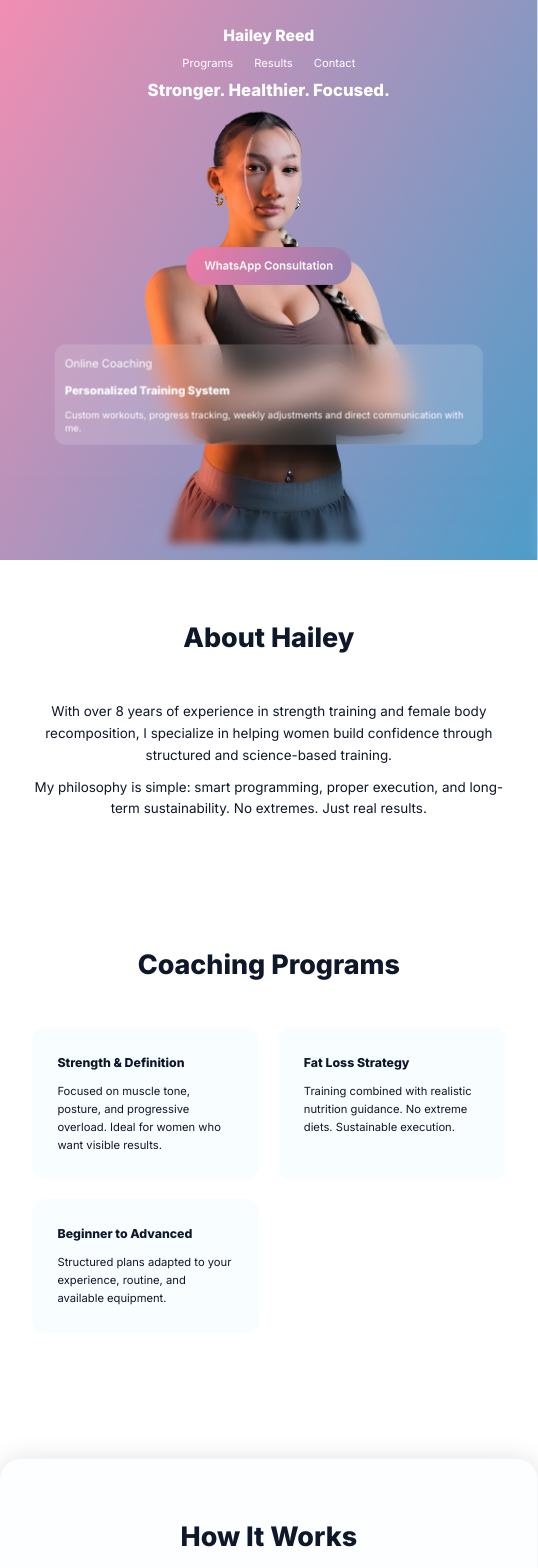
Repository: davidfsillva/Hailey-Reed-Coaching
Page: index.html
An editor plug-in stored every save of this project. The page is shown before and after a run of saves, followed by the edit.
The browser window is 768 px wide. The pictures show the part of the page from y = 0 to 2240 px (the page is 5196 px tall), at 70% of full size.

Above is the page before, as saved 2026-02-12 13:09:21.

### index.html
<!DOCTYPE html>
<html lang="en">
<head>
  <meta charset="UTF-8" />
  <meta name="viewport" content="width=device-width, initial-scale=1.0" />
  <title>Personal Trainer | Online Coaching</title>
  <link rel="stylesheet" href="style.css" />
  <link rel="preconnect" href="https://fonts.googleapis.com">
  <link rel="preconnect" href="https://fonts.gstatic.com" crossorigin>
  <link href="https://fonts.googleapis.com/css2?family=Inter:wght@400;600;800&display=swap" rel="stylesheet">
</head>
<body>

<header class="hero">
  <nav class="nav">
    <h1 class="logo">Hailey Reed</h1>
    <div class="nav-links">
      <a href="#programs">Programs</a>
      <a href="#results">Results</a>
      <a href="#ct">Contact</a>
    </div>
  </nav>

  <img class="hero-img" src="img/Photoroom_20260211_45117 PM.png" alt="Trainer" />

  <div class="hero-gradient"></div>

  <div class="hero-content">
    <div class="hero-text">
<h2 class="hero-title">
  Stronger. <br>
  Healthier. <br>
  Focused.
</h2>

      <p>
        Evidence-based training designed for women who <br>
        want real strength, visible definition, and long-term <br>
        consistency — without wasting time.
      </p>
      <div class="cta-group hero-cta">
        <a href="https://wa.me/5599999999999" target="_blank" class="btn primary whatsapp-btn">
          WhatsApp Consultation
        </a>
      </div>
    </div>

    <div class="hero-card">
      <span class="tag">Online Coaching</span>
      <h3>Personalized Training System</h3>
      <p>
        Custom workouts, progress tracking, weekly adjustments
        and direct communication with me.
      </p>
    </div>
  </div>
</header>

<!-- ABOUT SECTION -->
<section class="section">
  <h3>About Hailey</h3>
  <div class="testimonial">
    <p>
      With over 8 years of experience in strength training and female body
      recomposition, I specialize in helping women build confidence through
      structured and science-based training.
    </p>
    <p>
      My philosophy is simple: smart programming, proper execution,
      and long-term sustainability. No extremes. Just real results.
    </p>
  </div>
</section>

<section id="programs" class="section">
  <h3>Coaching Programs</h3>

  <div class="cards">
    <div class="card">
      <h4>Strength & Definition</h4>
      <p>
        Focused on muscle tone, posture, and progressive overload.
        Ideal for women who want visible results.
      </p>
    </div>

    <div class="card">
      <h4>Fat Loss Strategy</h4>
      <p>
        Training combined with realistic nutrition guidance.
        No extreme diets. Sustainable execution.
      </p>
    </div>

    <div class="card">
      <h4>Beginner to Advanced</h4>
      <p>
        Structured plans adapted to your experience, routine,
        and available equipment.
      </p>
    </div>
  </div>
</section>

<!-- HOW IT WORKS -->
<section class="section dark">
  <h3>How It Works</h3>

  <div class="cards">
    <div class="card">
      <h4>1. Initial Consultation</h4>
      <p>
        We discuss your goals, routine, training history,
        and current physical condition.
      </p>
    </div>

    <div class="card">
      <h4>2. Custom Plan Creation</h4>
      <p>
        A personalized workout structure is designed
        specifically for your body and objectives.
      </p>
    </div>

    <div class="card">
      <h4>3. Weekly Adjustments</h4>
      <p>
        Progress tracking and adjustments ensure continuous
        improvement and optimal results.
      </p>
    </div>
  </div>
</section>

<section id="results" class="section dark">
  <h3>Client Feedback</h3>

  <div class="testimonial">
    <p>
      “This coaching completely changed how I train.
      Every session has a clear purpose and I finally feel strong.”
    </p>
    <span>— Samantha M.</span>
  </div>
</section>

<!-- TRANSFORMATION PROCESS -->
<section class="section">
  <h3>The Transformation Process</h3>

  <div class="testimonial">
    <p>
      Sustainable transformation is not about intensity —
      it's about consistency.
    </p>
    <p>
      Through progressive overload, intelligent recovery,
      and realistic nutrition, we create measurable and lasting results.
    </p>
  </div>
</section>

<!-- FAQ -->
<section class="section">
  <h3>Frequently Asked Questions</h3>

  <div class="cards">
    <div class="card">
      <h4>Do I need gym access?</h4>
      <p>
        Not necessarily. Programs can be adapted for home training
        with minimal equipment.
      </p>
    </div>

    <div class="card">
      <h4>Is nutrition included?</h4>
      <p>
        Yes. You receive structured guidance focused on sustainable habits,
        not restrictive diets.
      </p>
    </div>

    <div class="card">
      <h4>How long until I see results?</h4>
      <p>
        Most clients notice strength improvements within weeks
        and visible body changes within 8–12 weeks.
      </p>
    </div>
  </div>
</section>

<!-- FINAL CTA SECTION -->
<section id="ct" class="section dark">
  <div class="testimonial">
    <h3>Ready to Transform?</h3>
    <p>
      Your strongest, healthiest version starts with a decision.
      Let’s build it together.
    </p>
    <div class="cta-group center">
      <a href="https://wa.me/5599999999999" target="_blank" class="btn primary">
        Apply for Coaching
      </a>
    </div>
  </div>
</section>

<footer class="footer">
  <p>© 2026 Hailey Reed Coaching. All rights reserved.</p>
</footer>

<script src="script.js"></script>
</body>
</html>

### style.css
:root {
  --pink: #f07aa5;
  --blue: #2e8bc0;
  --dark: #0f172a;
  --light: #ffffff;
  --muted: #cbd5e1;
}

/* ================= RESET ================= */
* {
  margin: 0;
  padding: 0;
  box-sizing: border-box;
  font-family: 'Inter', sans-serif;
}

body {
  background: var(--light);
  color: var(--dark);
  line-height: 1.6;
}

/* ================= HERO ================= */
.hero {
  position: relative;
  min-height: 100vh;
  padding: 32px 8%;
  color: white;
  overflow: hidden;
}

/* IMAGEM */
.hero-img {
  position: absolute;
  top: 50%;
  left: 50%;
  transform: translate(-50%, -50%);
  width: 60%;
  max-width: 500px;
  height: auto;
  z-index: 2;
}

/* GRADIENTE */
.hero-gradient {
  position: absolute;
  inset: 0;
  background: linear-gradient(
    120deg,
    rgba(240,122,165,0.85),
    rgba(46,139,192,0.85)
  );
  z-index: 1;
}

/* CONTEÚDO */
.hero-content {
  position: relative;
  z-index: 5;
}

/* TEXTO */
.hero-text {
  display: flex;
  flex-direction: column;
  justify-content: center;
  height: 85vh;
  max-width: 550px;
}

.hero-title {
  font-size: clamp(2.8rem, 5vw, 4.5rem);
  line-height: 1.05;
  margin-bottom: 24px;
}

.hero-text p {
  max-width: 480px;
  font-size: 1rem;
  color: #f1f5f9;
}

/* BLUR INFERIOR */
.hero::after {
  content: "";
  position: absolute;
  bottom: 0;
  left: 0;
  width: 100%;
  height: 120px;
  backdrop-filter: blur(6px);
  -webkit-backdrop-filter: blur(6px);
  mask-image: linear-gradient(to top, black 40%, transparent 100%);
  pointer-events: none;
  z-index: 3;
}

/* ================= BOTÕES ================= */
.cta-group {
  display: flex;
  gap: 16px;
  margin-top: 32px;
  flex-wrap: wrap;
}

.btn {
  padding: 14px 26px;
  border-radius: 999px;
  font-weight: 600;
  text-decoration: none;
  display: inline-block;
  transition: all 0.35s cubic-bezier(0.22, 1, 0.36, 1);
  will-change: transform;
}

.whatsapp-btn {
  background: linear-gradient(120deg, var(--pink), var(--blue)) ;
  color: var(--light) !important;
}

.whatsapp-btn:hover {
  background: linear-gradient(120deg, var(--pink), var(--blue)) !important;
  color: var(--dark);
  box-shadow: 0 10px 25px rgba(0, 0, 0, 0.884);
  transform: translateY(-4px) !important;
  background-size: 200% 200%;

}

.btn.primary {
  background: linear-gradient(120deg, var(--pink), var(--blue));
  color: var(--light);
  background-size: 200% 200%;
}

.btn.primary:hover {
  background: linear-gradient(120deg, var(--pink), var(--blue));
  color: white;
  background-position: right center;
  transform: translateY(-4px) !important;
  box-shadow: 0 10px 25px rgba(240,122,165,0.3);
  transition: all 0.4s ease;


}

.btn.secondary {
  background: linear-gradient(120deg, var(--pink), var(--blue));
  color: var(--light);
  background-size: 200% 200%;

}

.btn.secondary:hover {
  background: linear-gradient(120deg, var(--pink), var(--blue));  color: white;
  box-shadow: 0 10px 25px rgba(240,122,165,0.3);
  transform: translateY(-4px) !important;



}


/* ================= HERO CARD ================= */
.hero-card {
  position: absolute;
  top: 42%;
  right: 3%;
  width: 300px;
  background: rgba(255,255,255,0.15);
  backdrop-filter: blur(18px);
  padding: 32px;
  border-radius: 20px;
  z-index: 4;
}



.hero-card h3 {
  margin: 12px 0;
}

/* ================= NAVBAR ================= */
.nav {
  position: relative;
  z-index: 10;
  display: flex;
  justify-content: space-between;
  align-items: center;
}

.logo {
  font-weight: 800;
  font-size: 1.4rem;
}

.nav-links a {
  position: relative;
  color: white;
  margin-left: 24px;
  text-decoration: none;
  font-weight: 500;
  padding-bottom: 4px;
}

.nav-links a::after {
  content: "";
  position: absolute;
  left: 0;
  bottom: 0;
  width: 0%;
  height: 2px;
  background: white;
  transition: width 0.3s ease;
}

.nav-links a:hover::after {
  width: 100%;
}

/* ================= SECTIONS ================= */
.section {
  padding: 100px 8%;
  max-width: 1200px;
  margin: auto;
}

.section h3 {
  font-size: 2.4rem;
  margin-bottom: 60px;
  text-align: center;
}

.cards {
  display: grid;
  grid-template-columns: repeat(auto-fit, minmax(260px, 1fr));
  gap: 28px;
}

.card {
  background: rgb(248, 253, 255);
  padding: 36px;
  border-radius: 18px;
  transition: 0.3s ease;
}

.card:hover {
  transform: translateY(-6px);
}

.card h4 {
  margin-bottom: 14px;
  font-size: 1.1rem;
}

/* ================= DARK SECTIONS ================= */
.dark {
  background: rgb(252, 254, 255);
  border-radius: 30px;
  color: var(--dark);
  margin: 100px auto;
  padding: 100px 8%;
  box-shadow: 0 5px 40px rgba(0,0,0,0.15);
}


.dark .card {
  background: rgba(255,255,255,0.06);
  color: var(--dark);
  box-shadow: 0 20px 60px rgba(0,0,0,0.15);
}

.dark .card:hover {
  background: rgba(255,255,255,0.1);
}

/* ================= TESTIMONIAL ================= */
.testimonial {
  max-width: 750px;
  margin: auto;
  text-align: center;
}

.testimonial p {
  font-size: 1.2rem;
  margin-bottom: 16px;
}

.contact-text {
  text-align: center;
  max-width: 520px;
  margin: 0 auto 32px;
}

.center {
  justify-content: center;
}

/* ================= FOOTER ================= */
.footer {
  padding: 32px;
  text-align: center;
  background: linear-gradient(120deg, var(--pink), var(--blue));
  color: white;
  font-size: 0.85rem;
}

/* ================= RESPONSIVE ================= */
@media (max-width: 1024px) {

  .hero-card {
    position: relative;
    top: unset;
    right: unset;
    margin-top: 40px;
    width: 100%;
    max-width: 400px;
  }

  .hero-text {
    height: auto;
    text-align: center;
    margin-top: 80px;
  }

  .hero-text p {
    margin: auto;
  }

  .hero-img {
    width: 75%;
  }
}

@media (max-width: 768px) {

  .nav {
    flex-direction: column;
    align-items: center;
  }

  .nav-links {
    display: flex;
    gap: 30px;
    margin-top: 10px;
  }

  .nav-links a {
    margin-left: 0;
  }

  .hero-card {
    width: 95%;
    max-width: 660px;
    margin: 275px auto 0;
    padding: 15px;
    border-radius: 16px;
  }

  .hero-card h3 {
    font-size: 1rem;
  }

  .hero-card p {
    font-size: 0.85rem;
    line-height: 1.4;
  }

  .hero-img {
    width: 90%;
    top: 50%;
  }

  .hero-title {
    font-size: 1.5rem;
    margin-bottom: 20px;
    display: flex;
    justify-content: center;
    gap: 8px;
    flex-wrap: nowrap;
    line-height: 1;
  }

  .hero-title br {
    display: none;
  }

  .hero-text {
    height: auto;
    justify-content: flex-start;
    margin-top: 10px;
    text-align: center;
  }

  .hero-text p {
    display: none;
  }

  .section {
    padding: 80px 6%;
  }

  /* Apenas o botão do HERO */
  .hero-cta {
    position: relative;
    transform: none;
    z-index: 6;
    justify-content: center;
  }

  .hero-content {
    display: flex;
    flex-direction: column;
    align-items: center; /* centraliza horizontalmente */
    justify-content: center; /* centraliza verticalmente */
    gap: 24px; /* espaço entre título, botão e card */
    z-index: 5;
    position: relative;
  }


  /* Botões de contato / final */
  .cta-group {
    position: relative;
    transform: none;
    z-index: 1;
    display: flex;
    justify-content: center;
  }

  .btn.primary {
    transform: none;
  }

  .whatsapp-btn {
    margin-top: 160px;
    position: absolute;       /* permite mover livremente */
    transform: translateX(-50%); /* centraliza exatamente */
    z-index: 6;               /* acima de imagens e cards */
  }
}

@media (max-width: 480px) {

  .hero {
    padding: 24px 6%;
  }

  .btn {
    width: 100%;
    text-align: center;
  }

  .cta-group {
    flex-direction: column;
  }
}

### script.js
// ===============================
// SMOOTH SCROLL
// ===============================
document.querySelectorAll('a[href^="#"]').forEach(anchor => {
  anchor.addEventListener('click', function (e) {
    const target = document.querySelector(this.getAttribute('href'));
    if (!target) return;

    e.preventDefault();
    target.scrollIntoView({ behavior: 'smooth' });
  });
});


// ===============================
// NAVBAR SCROLL EFFECT
// ===============================
const nav = document.querySelector(".nav");

window.addEventListener("scroll", () => {
  if (!nav) return;

  if (window.scrollY > 50) {
    nav.style.background = "rgba(15, 23, 42, 0.85)";
    nav.style.backdropFilter = "blur(10px)";
    nav.style.padding = "16px 8%";
    nav.style.transition = "all 0.3s ease";
  } else {
    nav.style.background = "transparent";
    nav.style.backdropFilter = "none";
    nav.style.padding = "";
  }
});


// ===============================
// SCROLL REVEAL (melhor performance)
// ===============================
const revealElements = document.querySelectorAll(".section, .card, .testimonial");

const revealOnScroll = () => {
  const triggerBottom = window.innerHeight * 0.85;

  revealElements.forEach(el => {
    const elementTop = el.getBoundingClientRect().top;

    if (elementTop < triggerBottom) {
      el.style.opacity = "1";
      el.style.transform = "translateY(0)";
    }
  });
};

// Estado inicial
revealElements.forEach(el => {
  el.style.opacity = "0";
  el.style.transform = "translateY(40px)";
  el.style.transition = "opacity 0.8s ease, transform 0.8s ease";
});

window.addEventListener("scroll", revealOnScroll);
window.addEventListener("load", revealOnScroll);



// ===============================
// HERO IMAGE PARALLAX (DESKTOP ONLY)
// ===============================
const heroImg = document.querySelector(".hero-img");

if (heroImg && window.innerWidth > 768) {
  window.addEventListener("scroll", () => {
    const scrollPosition = window.scrollY;
    heroImg.style.transform =
      `translate(-50%, calc(-50% + ${scrollPosition * 0.12}px))`;
  });
}



// ===============================
// BUTTON FADE-IN ON LOAD
// ===============================
window.addEventListener("load", () => {
  const buttons = document.querySelectorAll(".btn");

  buttons.forEach((btn, index) => {
    btn.style.opacity = "0";
    btn.style.transform = "translateY(20px)";
    btn.style.transition = "opacity 0.6s ease, transform 0.6s ease";

    setTimeout(() => {
      btn.style.opacity = "1";
      btn.style.transform = "translateY(0)";
    }, 300 + index * 150);
  });
});



// ===============================
// CARD HOVER GLOW EFFECT (desktop only)
// ===============================
if (window.innerWidth > 768) {

  const cards = document.querySelectorAll(".card");

  cards.forEach(card => {

    card.addEventListener("mousemove", (e) => {
      const rect = card.getBoundingClientRect();
      const x = e.clientX - rect.left;
      const y = e.clientY - rect.top;

      card.style.background = `
        radial-gradient(circle at ${x}px ${y}px,
        rgba(240,122,165,0.18),
        rgba(255,255,255,0.03))
      `;
    });

    card.addEventListener("mouseleave", () => {
      card.style.background = "";
    });

  });

}

After the next 4 saves:
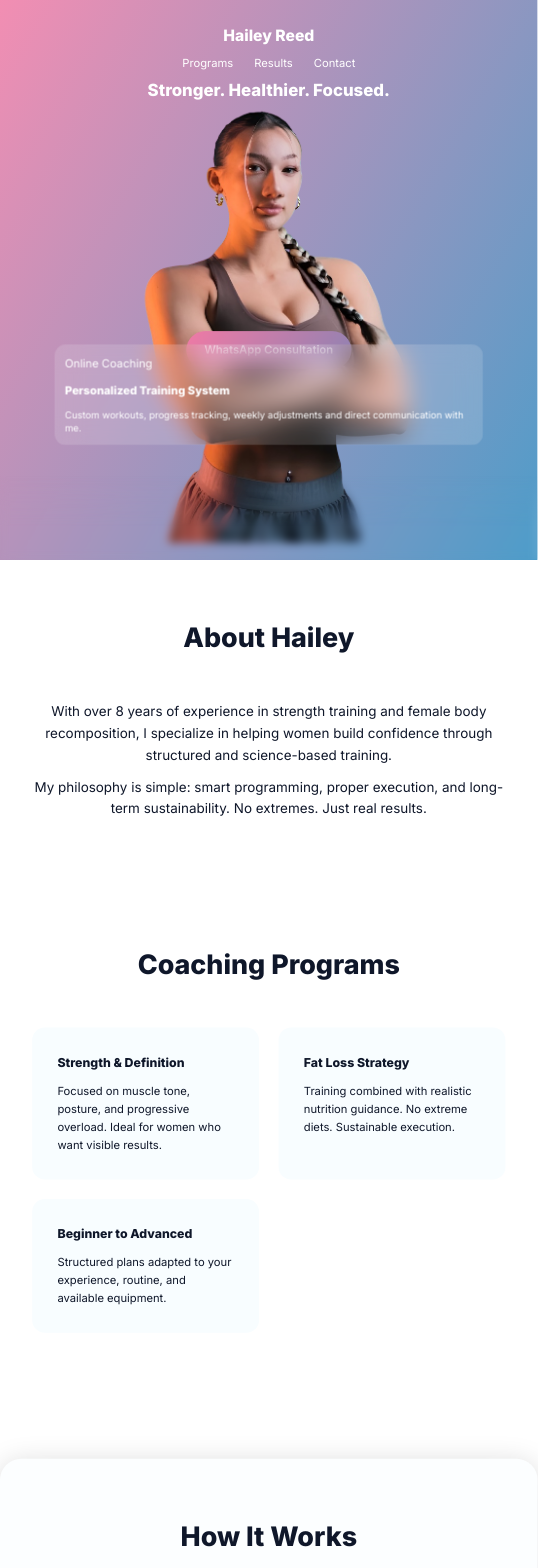
The 4 saves are shown as one change because they came seconds apart.
The last was saved 2 min 17 s later.
--- a/style.css
+++ b/style.css
@@ -301,7 +301,7 @@
   padding: 32px;
   text-align: center;
   background: linear-gradient(120deg, var(--pink), var(--blue));
-  color: white;
+  color: var(--muted);
   font-size: 0.85rem;
 }
 
@@ -433,7 +433,7 @@
   }
 
   .whatsapp-btn {
-    margin-top: 160px;
+    margin-top: 280px;
     position: absolute;       /* permite mover livremente */
     transform: translateX(-50%); /* centraliza exatamente */
     z-index: 6;               /* acima de imagens e cards */

After the save that followed:
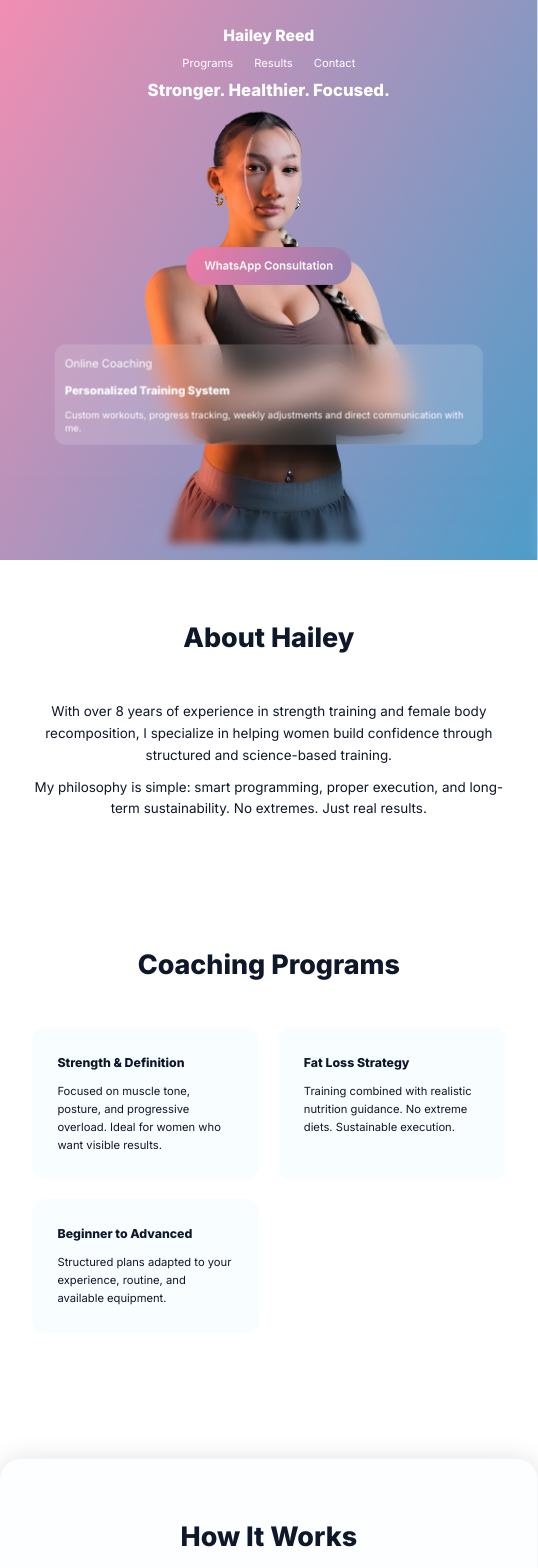
Saved 12 s later.
--- a/style.css
+++ b/style.css
@@ -301,7 +301,7 @@
   padding: 32px;
   text-align: center;
   background: linear-gradient(120deg, var(--pink), var(--blue));
-  color: var(--muted);
+  color: white;
   font-size: 0.85rem;
 }
 
@@ -433,7 +433,7 @@
   }
 
   .whatsapp-btn {
-    margin-top: 280px;
+    margin-top: 160px;
     position: absolute;       /* permite mover livremente */
     transform: translateX(-50%); /* centraliza exatamente */
     z-index: 6;               /* acima de imagens e cards */
